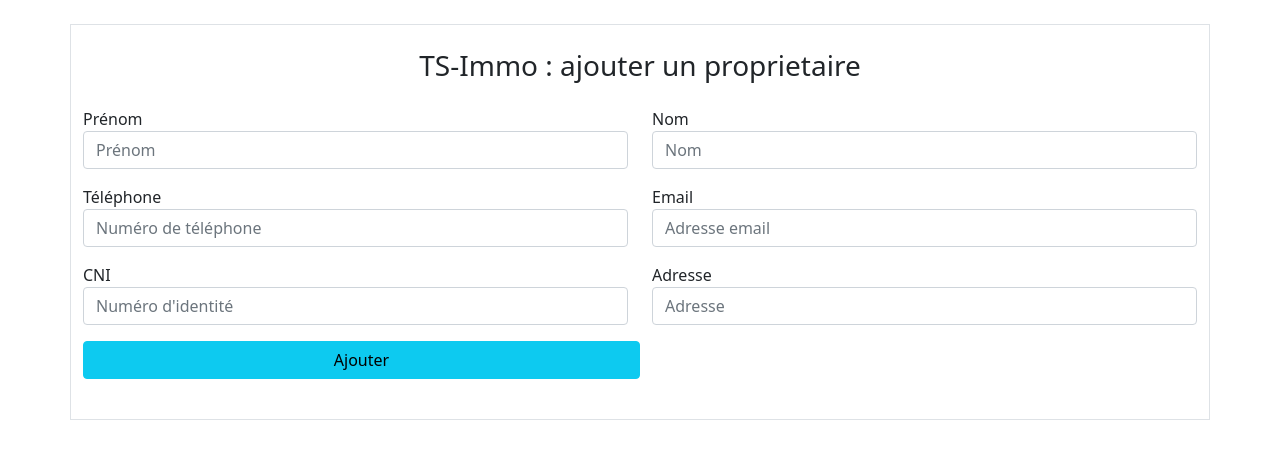
Repository: saliou-t/TS-IMMO
Page: http://localhost/src/views/proprietaire/new.html.php
The author's editor kept a copy of each file at every save. The page is drawn from the files as they stood at one save, then again after a run of saves.
The browser window is 1280 px wide. The pictures show the whole page.
The page is run by PHP 8.4 with error messages shown; the project is at /var/www/html/.

Above is the page before, as saved 2022-04-03 14:52:06.

### src/views/proprietaire/new.html.php
<!DOCTYPE html>
<html lang="en">
<head>
    <meta charset="UTF-8">
    <meta http-equiv="X-UA-Compatible" content="IE=edge">
    <meta name="viewport" content="width=device-width, initial-scale=1.0">
    <link href="https://cdn.jsdelivr.net/npm/bootstrap@5.1.3/dist/css/bootstrap.min.css" rel="stylesheet" integrity="sha384-1BmE4kWBq78iYhFldvKuhfTAU6auU8tT94WrHftjDbrCEXSU1oBoqyl2QvZ6jIW3" crossorigin="anonymous">
    <title>Ajouter Proprietaire</title>

</head>
<body>

<div class="container jumbotron">
    <div class="row border py-4 my-4">
        <h3 class="text-center ">TS-Immo : ajouter un proprietaire</h3>
        <form action="" methode="POST">
            <div class="row my-3">
                <div class="col">
                    <label for="Prénom">Prénom</label>
                    <input class="form-control" name ="prenom" type="text" placeholder="Prénom">
                </div>
                <div class="col">
                    <label for="nom">Nom</label>
                    <input class="form-control" name="nom" type="text" placeholder="Nom">
                </div>
            </div>
            <div class="row my-3">
                <div class="col">
                    <label for="telephone">Téléphone</label>
                    <input class="form-control" name="telephone" type="text" placeholder="Numéro de téléphone">
                </div>
                <div class="col">
                    <label for="email">Email</label>
                    <input class="form-control" name="email" type="text" placeholder="Adresse email">
                </div>
            </div>
            <div class="row">
                <div class="col">
                    <label for="cni">CNI</label>
                    <input class="form-control" name="CNI" type="text" placeholder="Numéro d'identité">
                </div>
                <div class="col">
                    <label for="adresse">Adresse</label>
                    <input class="form-control" name="adresse" type="text" placeholder="Adresse">
                </div>
            </div>
            <div class="row my-3 justify-content-around">
                <div class="col ">
                    <a href=""></a>
                    <div class="btn btn-info mx-auto w-50">Ajouter</div>
                </div>
            </div>
        </form>
    </div>
</div>
</body>
</html>

After the next 2 saves:
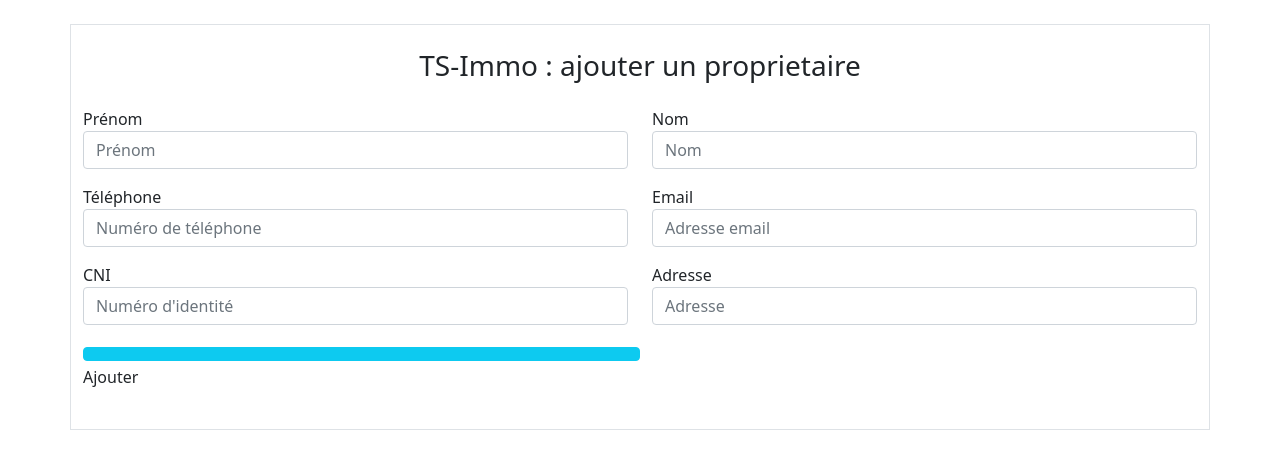
The 2 saves are shown as one change because they came seconds apart.
The last was saved 14 s later.
--- a/src/views/proprietaire/new.html.php
+++ b/src/views/proprietaire/new.html.php
@@ -46,8 +46,8 @@
             </div>
             <div class="row my-3 justify-content-around">
                 <div class="col ">
-                    <a href=""></a>
-                    <div class="btn btn-info mx-auto w-50">Ajouter</div>
+                    <a class="btn btn-info mx-auto w-50" href=""></a>
+                    <div >Ajouter</div>
                 </div>
             </div>
         </form>

After the 2 saves that followed:
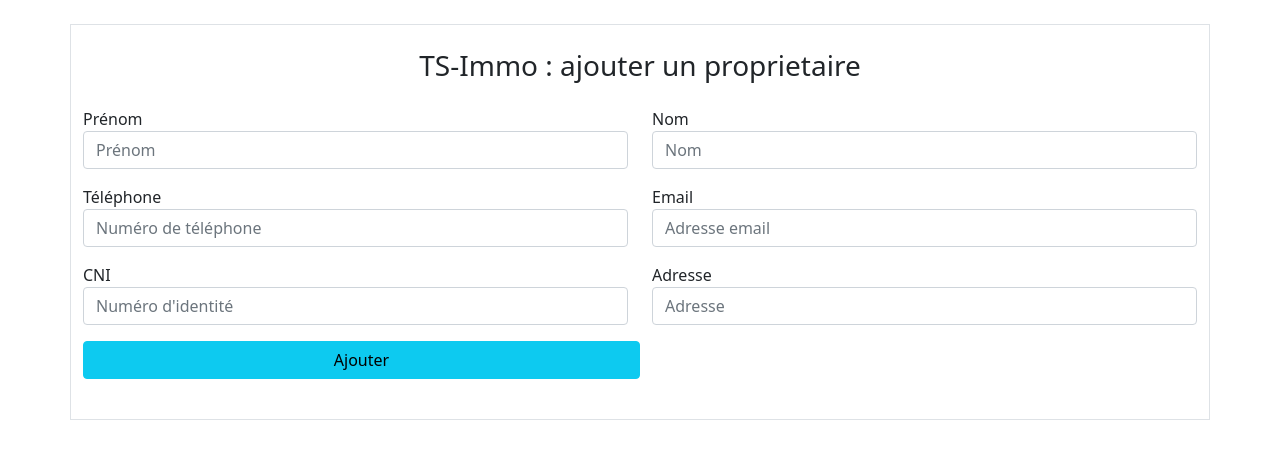
The 2 saves are shown as one change because they came seconds apart.
The last was saved 8 s later.
--- a/src/views/proprietaire/new.html.php
+++ b/src/views/proprietaire/new.html.php
@@ -46,8 +46,7 @@
             </div>
             <div class="row my-3 justify-content-around">
                 <div class="col ">
-                    <a class="btn btn-info mx-auto w-50" href=""></a>
-                    <div >Ajouter</div>
+                    <a class="btn btn-info mx-auto w-50" href="">Ajouter</a>
                 </div>
             </div>
         </form>
